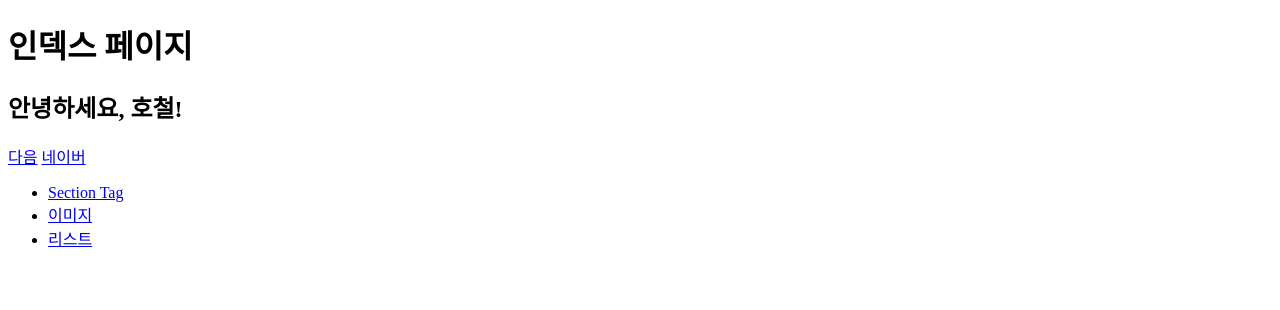
Repository: Sid0130/HTML
Page: lab-web/lab01_html/src/main/webapp/index.html
An editor plug-in stored every save of this project. The page is shown before and after the next save, followed by the edit.
The browser window is 1280 px wide. The pictures show the whole page.

Above is the page before, as saved 2024-12-03 06:50:39.

### lab-web/lab01_html/src/main/webapp/index.html
<!DOCTYPE html> <!-- DTD(Document Type Declaration): 문서 종류 선언 -->


<html> <!-- 특별한 경우가 아니라면문서의 종류가 html 파일이고 html로 시작하고 html로 끝남 -->

    <!-- head: 웹페이지 설정. 인코딩, 타이틀, CSS, JavaScript, ... 설정. -->
    <head>
        <meta charset="UTF-8" />
        <title>Lab01</title> <!-- 시작과 끝을 나타내기위해 끝에 슬래쉬를 붙히고
        태그라고 말함. 대부분의 태그들을 사이에 다른것들을 넣을 수 있고 분리하게 되고 슬래쉬로 구분
        특별한 종류의 태그들은 시작과 종료가없어서 컨텐트를 넣는게 없음
        사이에 들어가는게 없는데 권장사항은 / 를 넣는게 권장사항-->
    </head>

    <!-- body: 브라우저 화면에서 보여지는 부분. -->
    <body>
        <!--  태그들을 배우는 것 -->

        <!-- heading 태그: h1 ~ h6. 문서 제목. --> <!-- 제목을 달아주는데 그 밑에 소제목 느낌 -->
        <h1>인덱스 페이지</h1>
        <h2>안녕하세요, 호철!</h2>

        <!-- anchor(링크, 앵커) -->
        <a href= "http://www.daum.net">다음</a>
        <a href= "http://www.naver.com">네이버</a>

        <!-- 리스트 -->
        <ul>
            <li>
                <a href="section.html">Section Tag</a>
                <!-- 그 폴더위치에 있는 파일을 찾을때에는 파일 이름만 적으면됨. -->
            </li>
            <li>
            <a href = "image.html">이미지 </a>
            </li>
            <li>
                <a href="list.html">리스트</a>
            </li>
        </ul>
    </body>
</html>

<!--웹페이지를 만들때 사용되는 언어
HTML(Hyoer-text Markup Language)
    - HTML 요소(element): 태그(tag), 속성(attribute), 컨텐트(content)
    - HTML 문법:
      o. <tga attr_name="value1" att2_name="value2" ...>content</tag>
      o. <tag attr_name="value" .../>
    - HTML 태그 이름들은 대/소문자를 구분하지 않지만, 소문자로만 작성하는 것을 권장.
    - 태그의 속성 값을 설정할 때는 큰따옴표("")와 작은따옴표('')를 모두 사용할 수 있음.
    - HTML 요소:
      o. block 요소:
            자동으로 줄바꿈이 되는 요소. 다른 요소의 아래쪽에 배치되는 요소.
            가로(width), 세로(height) 크기를 설정할 수 있는 요소.
            (예) h1, h2, div, ul, li, form, table, ...
      o. inline요소:
            자동으로 줄바꿈이 되지 않는 요소. 다른 요소의 오른쪽에 배치되는 요소.
            가로, 세로 크기를 설정할 수 없는 요소.
            (예) a, span, ...
      o. inline-block 요소:
            다른 요소의 오른쪽에 배치되는 요소.
            가로, 세로 크기를 설정할 수 있는 요소.
            (예) img


시작태그와 종료사이에 있는걸 content 라고도하고 자식요소라고도한다
컨텐트가 있으면 종료태그를 반드시 </태그>
없으면 알려주기만 하면된다

시작했으면 끝났다는걸 알려줘야함!!
속성이 여러개일 수 있는데 구분하는건 공백하나로 구분
 -->

After the next save:
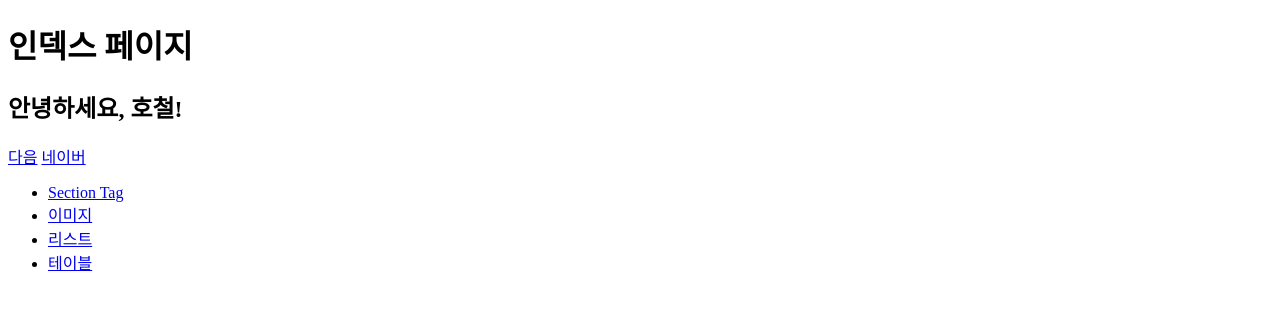
Saved 3 min 32 s later.
--- a/lab-web/lab01_html/src/main/webapp/index.html
+++ b/lab-web/lab01_html/src/main/webapp/index.html
@@ -36,6 +36,11 @@
             <li>
                 <a href="list.html">리스트</a>
             </li>
+
+            <li>
+                <a href= "tabel.html">테이블</a>
+            </li>
+
         </ul>
     </body>
 </html>
